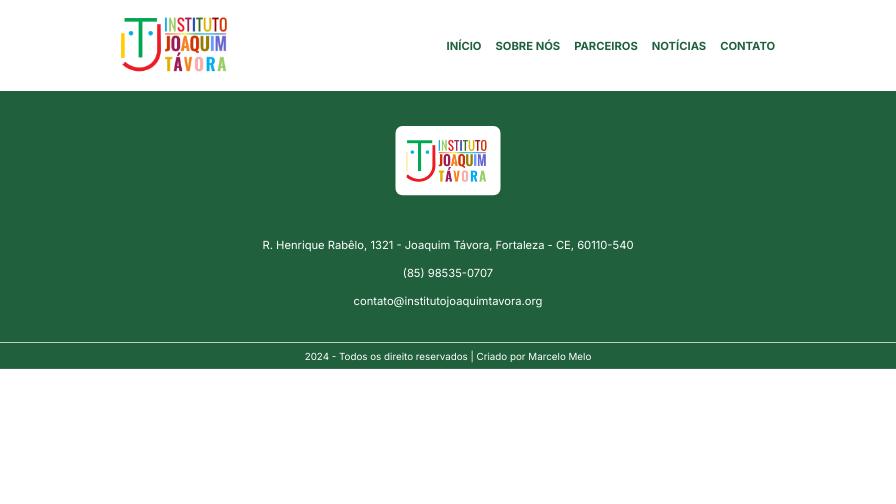
Repository: MarcelloMello90/itj2
Page: index.html
These files come from the project's save history. The page is drawn as it stood at one moment and after the next save; the edit follows.
The browser window is 1280 px wide. The pictures show the part of the page from y = 0 to 1920 px (the page is 720 px tall before and 6989 px after), at 70% of full size.

Above is the page before, as saved 2024-07-24 22:35:46.

### index.html
<!DOCTYPE html>
<html lang="pt-br">
<head>
  <link rel="preconnect" href="https://fonts.googleapis.com">
  <link rel="preconnect" href="https://fonts.gstatic.com" crossorigin>

  <meta charset="UTF-8">
  <meta name="viewport" content="width=device-width, initial-scale=1.0">

  <!-- <link rel="icon" type="image/svg+xml" href="/vite.svg" /> -->

  <!-- Favicon -->
  <link rel="apple-touch-icon" sizes="180x180" href="assets/favicon_packageapple-touch-icon.png">
  <link rel="icon" type="image/png" sizes="32x32" href="assets/favicon_package/favicon-32x32.png">
  <link rel="icon" type="image/png" sizes="16x16" href="assets/favicon_packagefavicon-16x16.png">
  <link rel="manifest" href="assets/favicon_package/site.webmanifest">
  <link rel="mask-icon" href="assets/favicon_package/safari-pinned-tab.svg" color="#5bbad5">
  <meta name="msapplication-TileColor" content="#da532c">
  <meta name="theme-color" content="#ffffff">
  <title>Instituto Joaquim Távora</title>

  <link href="https://fonts.googleapis.com/css2?family=Barlow:ital,wght@0,100;0,200;0,300;0,400;0,500;0,600;0,700;0,800;0,900;1,100;1,200;1,300;1,400;1,500;1,600;1,700;1,800;1,900&family=Inter:wght@100..900&family=Poppins:ital,wght@0,100;0,200;0,300;0,400;0,500;0,600;0,700;0,800;0,900;1,100;1,200;1,300;1,400;1,500;1,600;1,700;1,800;1,900&family=Roboto:ital,wght@0,100;0,300;0,400;0,500;0,700;0,900;1,100;1,300;1,400;1,500;1,700;1,900&family=Space+Grotesk:wght@300..700&display=swap" rel="stylesheet">


  <link rel="stylesheet" href="style.css">
</head>
<body>
  <div id="app">
    <div id="wrapper_app">
      <header>
        <div class="header_logo">
          <img src="./assets/logo/logo03peq.png" alt="imagem da logo do Instituto Joaquim Távora">
        </div>

        <div class="wrapper_munu_mobile">
          <span>menu</span>
        </div>

        <div class="wrapper_nav">
          <nav>
            <ul>
              <li><a href="http://#" target="_blank">Início</a></li>
              <li><a href="http://#" target="_blank">Sobre nós</a></li>
              <li><a href="http://#" target="_blank">Parceiros</a></li>
              <li><a href="http://#" target="_blank">Notícias</a></li>
              <li><a href="http://#" target="_blank">Contato</a></li>
            </ul>
          </nav>
        </div>
      </header>

      <div class="carousel">
        <video
          class="elementor-background-video"
          autoplay=""
          muted=""
          playsinline=""
          loop=""
          src="/assets/video/Snapinsta.app_video_6F487980DB1930866F1B164CEB50C191_video_dashinit.mp4"
          >
        </video>

        <div id="items-wrapper-carousel">
          <div id="items">
            <div class="item">
              <img src="./assets/img_carousel/img1.jpg"/></div>
            <div class="item"><img src="./assets/img_carousel/img2.jpg"/></div>
            <!-- <div class="item"><img src="https://unsplash.it/1600/400?image=990"/></div>
            <div class="item"><img src="https://unsplash.it/1600/400?image=980"/></div>
            <div class="item"><img src="https://unsplash.it/1600/400?image=970"/></div>
            <div class="item"><img src="https://unsplash.it/1600/400?image=976"/></div>
            <div class="item"><img src="https://unsplash.it/1600/400?image=993"/></div>
            <div class="item"><img src="https://unsplash.it/1600/400?image=969"/></div> -->
          </div>
        </div>
      </div>

       <!-- <main> -->
        <!-- <section id="section1">
          <h1>Últimas Notícias</h1>

          <div class="wrapper_section1">
            <div id="items-wrapper">
              <div id="items">
                <div class="item">
                  <div class="wrapper_items">
                    <div class="item_img">
                      <img src="./assets/img_carousel/img3.jpg" alt="">
                    </div>

                    <div class="item_text">
                      <p>NOITE MÁGICA: Venha se encantar com truques surpreendentes e sorrisos contagiantes! </p>
                      <span>10/07/2024</span>
                    </div>
                  </div>
                </div>

                <div class="item">
                  <div class="wrapper_items">
                    <div class="item_img">
                      <img src="./assets/img_carousel/img1.jpg" alt="">
                    </div>

                    <div class="item_text">
                      <p>INCLUSÃO SOCIAL por meio do esporte & lazer para crianças e adolescentes</p>
                      <span>15/07/2024</span>
                    </div>
                  </div>
                </div>

                <div class="item">
                  <div class="wrapper_items">
                    <div class="item_img">
                      <img src="./assets/img_carousel/img2.jpg" alt="">
                    </div>

                    <div class="item_text">
                      <p><strong>IJT VIVA ESPORTE:</strong> projeto de Inclusão Social</p>
                      <span>13/07/2024</span>
                    </div>
                  </div>
                </div>

                <div class="item">
                  <div class="wrapper_items">
                    <div class="item_img">
                      <img src="./assets//img_carousel/img3.jpg" alt="">
                    </div>

                    <div class="item_text">
                      <p>NOITE MÁGICA: Venha se encantar com truques surpreendentes e sorrisos contagiantes! </p>
                      <span>10/07/2024</span>
                    </div>
                  </div>
                </div>

                <div class="item">
                  <div class="wrapper_items">
                    <div class="item_img">
                      <img src="./assets/img_carousel/img1.jpg" alt="">
                    </div>

                    <div class="item_text">
                      <p>INCLUSÃO SOCIAL por meio do esporte & lazer para crianças e adolescentes</p>
                      <span>15/07/2024</span>
                    </div>
                  </div>
                </div>

                <div class="item">
                  <div class="wrapper_items">
                    <div class="item_img">
                      <img src="./assets/img_carousel/img2.jpg" alt="">
                    </div>

                    <div class="item_text">
                      <p><strong>IJT VIVA ESPORTE:</strong> projeto de Inclusão Social</p>
                      <span>13/07/2024</span>
                    </div>
                  </div>
                </div>
              </div>
            </div>
          </div>

          <button id="btn_section1">
            <a
              id="btn_section1"
              href="http://#"
              target="_blank"
            >
              Confira Mais Notícias
            </a>
          </button>
        </section> -->

        <!-- <section id="section2">

          <div class="wrapper_section2">
            <h1>Conheça o IJT</h1>

            <p>
              O Instituto Joaquim Távora (IJT) é uma organização da sociedade civil (OSC)
              criada em 2021. O projeto social contribui no desenvolvimento de 370
              crianças e suas famílias como um instrumento de acesso e mudanças de
              perspectiva de vida da comunidade. Com os eixos de atuação em educação,
              inclusão digital, esporte, assistência social e empregabilidade, o IJT
              busca ser uma instituição capaz de transformar vidas e atender
              as pessoas em suas diversas necessidades, proporcionando o bem
              estar da comunidade e sendo futuramente uma referência para outras
               instituições. Atualmente, as iniciativas em desenvolvimento são o
               Feirão do Empreendedor para o fortalecimento do comércio local;
               o IJT Cast, no intuito de dar voz e visibilidade para os moradores
               do bairro e a Cozinha Social, projeto gastronômico social auto
               sustentável.
            </p>
          </div>
        </section> -->

       <!-- <section id="section3">
          <div class="wrapper_section3">
           <h1>Projeto</h1>

           <div class="wrapper_items3">
            <div class="wrapper_project">
              <div class="project_img">
                <img src="./assets/img_carousel/img2.jpg" alt="">
              </div>

              <div class="project_text">
                <h3>Fustsal</h3>
                <span>
                  Fomos reconhecidos e contemplados através da Ministerio do Esporte, do
                   Governo Federal, com a aprovação do nosso projeto IJT VIVA ESPORTE,
                   visando assistir 80 crianças da comunidade Joaquim Távora e bairros
                   adjacentes. Com estrutura completa desde de uniformes, calçados,
                   alimentações, equipamentos esportivos e equipe de profissionais.
                </span>
              </div>
            </div>

            <div id="wrapper_project_grid_img" class="wrapper_project">
              <div id="project_text_grid" class="project_text">
                <h3>Fustsal</h3>
                <span>
                  Fomos reconhecidos e contemplados através da Ministerio do Esporte, do
                   Governo Federal, com a aprovação do nosso projeto IJT VIVA ESPORTE,
                   visando assistir 80 crianças da comunidade Joaquim Távora e bairros
                   adjacentes. Com estrutura completa desde de uniformes, calçados,
                   alimentações, equipamentos esportivos e equipe de profissionais.
                </span>
              </div>

              <div id="project_img_grid" class="project_img">
                <img src="./assets/img_carousel/img1.jpg" alt="">
              </div>
            </div>

            <div class="wrapper_project">
              <div class="project_img">
                <img src="./assets/img_carousel/img2.jpg" alt="">
              </div>

              <div class="project_text">
                <h3>Fustsal</h3>
                <span>
                  Fomos reconhecidos e contemplados através da Ministerio do Esporte, do
                   Governo Federal, com a aprovação do nosso projeto IJT VIVA ESPORTE,
                   visando assistir 80 crianças da comunidade Joaquim Távora e bairros
                   adjacentes. Com estrutura completa desde de uniformes, calçados,
                   alimentações, equipamentos esportivos e equipe de profissionais.
                </span>
              </div>
            </div>
          </div>

        </section> -->

        <!-- <section id="section4">
          <div class="wrapper_section4">
            <h1>Parceiros</h1>

            <div class="wrapper_parceiros_logo">
              <div class="item_img_logo">
                <a href="https://www.instagram.com/fatimatortasebolos/" target="_blank"><img src="./assets/parceiros/parceiro_fatimaBolo.jpg" alt=" Logo parceiro fatima bolos"></a>
              </div>

              <div class="item_img_logo">
                <a href="https://www.instagram.com/servicospratrimoniaismoura/" target="_blank">
                  <img src="./assets/parceiros/parceiro_servico_patrionais_moura.jpg"
                  alt=" Logo parceiro fatima bolos">
                </a>
              </div>
            </div>

            <div class="wrapper_form_parceiro">

            </div>
          </div>
        </section> -->

       <!-- <section id="section5">
          <div class="wrapper_section5">
            <h1>Contato</h1>

            <form id="form" action="https://formsubmit.co/contato@institutojoaquimtavora.org" method="POST">
              <div class="wrap-input-mobile">
                <label for="nome"></label>
                <input type="text" id="nome" name="nome" placeholder="Nome" required>

                <label for="email"></label>
                <input type="email" id="email" name="email" placeholder="email"  required>

              </div>

              <label for="area_interesse"></label>
              <input type="text" id="area_interesse" name="area_interesse"  placeholder="Assunto"  required>


              <textarea id="mensagem" name="mensagem" placeholder="Nos fale sua dúvida, sugestão, parceria."></textarea>

              <button class="btn_form"  type="submit">Enviar</button>
            </form>
          </div>
        </section> -->
      <!-- </main> -->
       <footer>
        <div class="wrapper_footer">
          <div class="box-logo">
            <img
              src="./assets/logo/logo03peq.png"
              alt="logo Instituto Joaquim Távora">
          </div>

          <div class="box-contact">
            <span>
              R. Henrique Rabêlo, 1321 - Joaquim Távora, Fortaleza - CE, 60110-540
            </span>

            <span>
              <a href="tel:+5585985350707"> (85) 98535-0707</a>
            </span>

            <span>
              <a href="mailto:contato@institutojoaquimtavora.com.br">contato@institutojoaquimtavora.org</a>
            </span>
          </div>

        </div>
      </footer>
      <div class="footer-ano">
        <span>2024 - Todos os direito reservados | <a href="https://github.com/MarcelloMello90">Criado por Marcelo Melo</a></span>
      </div>
    </div>
  </div>
  <script src="./script.js"></script>
</body>
</html>

Loaded but not shown: script.js (36 lines, source omitted); style.css (1095 lines, source omitted)

After the next save:
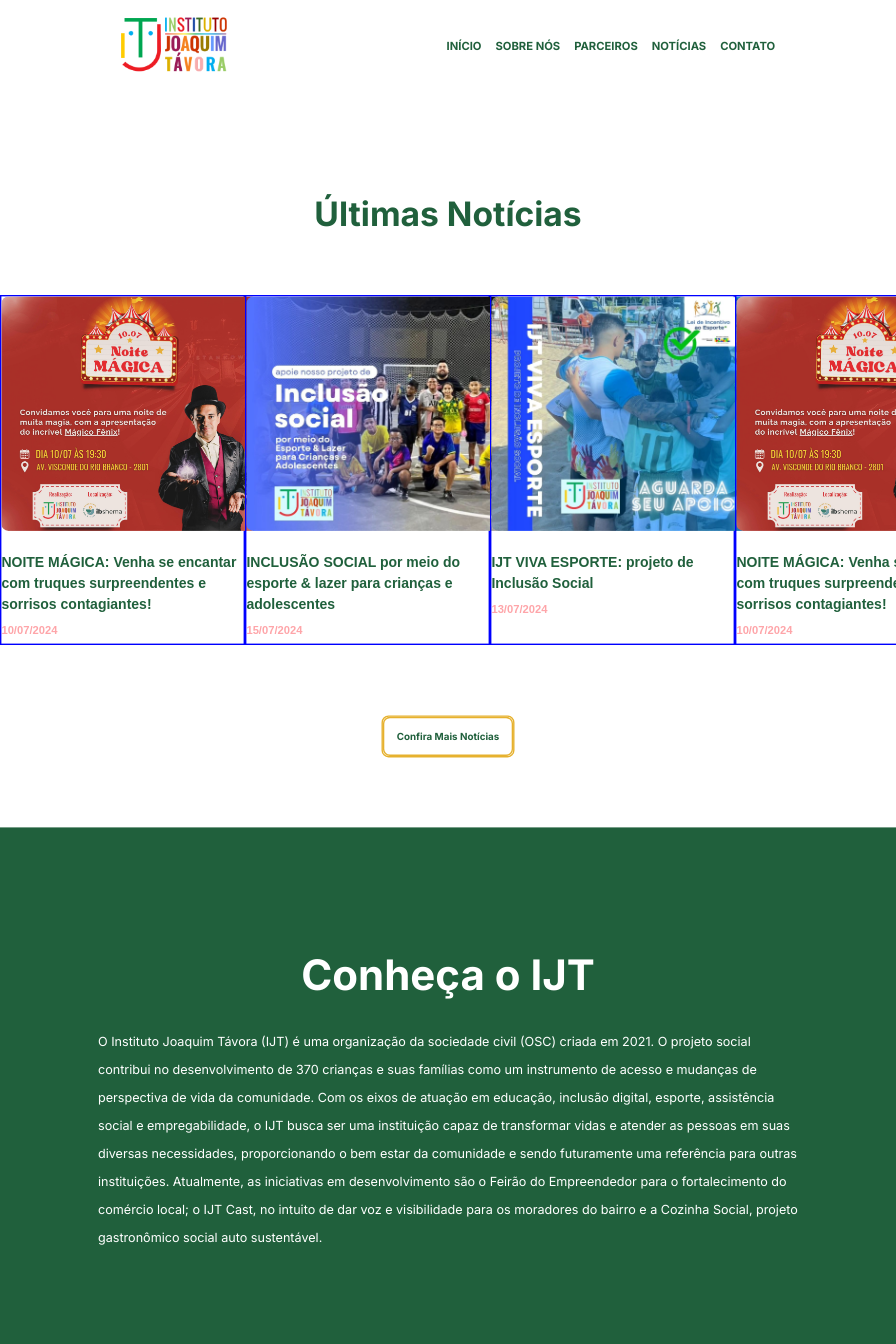
Saved 2 min 0 s later.
--- a/index.html
+++ b/index.html
@@ -75,8 +75,8 @@
         </div>
       </div>
 
-       <!-- <main> -->
-        <!-- <section id="section1">
+       <main>
+        <section id="section1">
           <h1>Últimas Notícias</h1>
 
           <div class="wrapper_section1">
@@ -172,9 +172,9 @@
               Confira Mais Notícias
             </a>
           </button>
-        </section> -->
-
-        <!-- <section id="section2">
+        </section>
+
+        <section id="section2">
 
           <div class="wrapper_section2">
             <h1>Conheça o IJT</h1>
@@ -195,9 +195,9 @@
                sustentável.
             </p>
           </div>
-        </section> -->
-
-       <!-- <section id="section3">
+        </section>
+
+       <section id="section3">
           <div class="wrapper_section3">
            <h1>Projeto</h1>
 
@@ -254,9 +254,9 @@
             </div>
           </div>
 
-        </section> -->
-
-        <!-- <section id="section4">
+        </section>
+
+        <section id="section4">
           <div class="wrapper_section4">
             <h1>Parceiros</h1>
 
@@ -277,9 +277,9 @@
 
             </div>
           </div>
-        </section> -->
-
-       <!-- <section id="section5">
+        </section>
+
+       <section id="section5">
           <div class="wrapper_section5">
             <h1>Contato</h1>
 
@@ -302,8 +302,8 @@
               <button class="btn_form"  type="submit">Enviar</button>
             </form>
           </div>
-        </section> -->
-      <!-- </main> -->
+        </section>
+      </main>
        <footer>
         <div class="wrapper_footer">
           <div class="box-logo">
